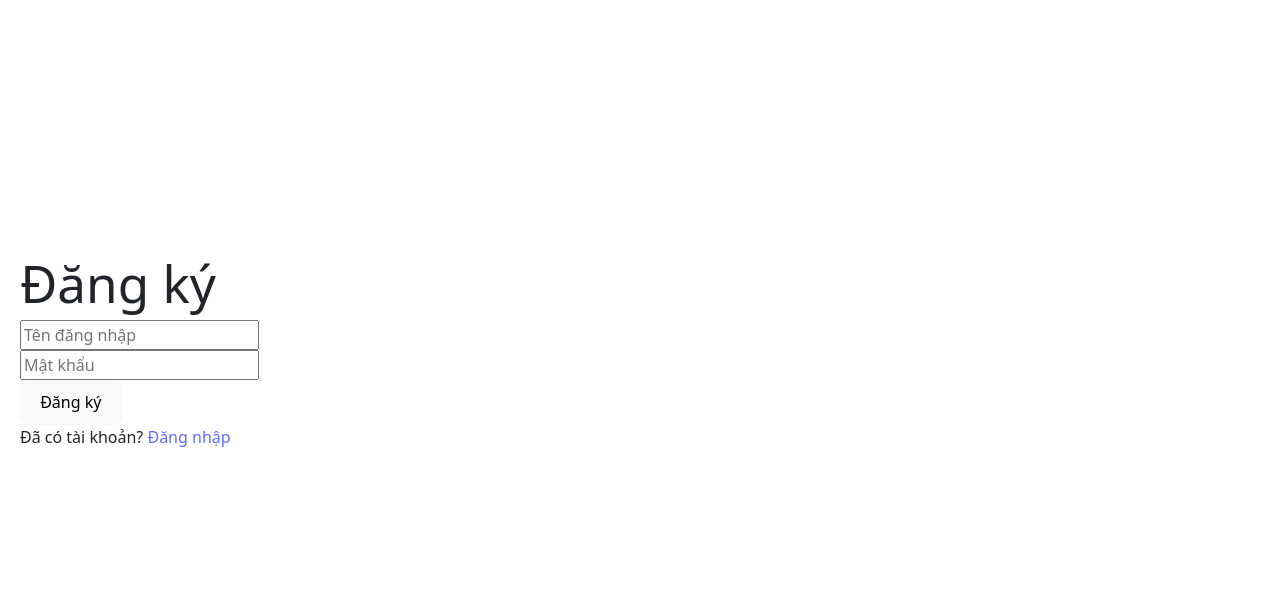
Repository: Thangvh29/WEB-tmdt
Page: /register (app in frontend/)
The author's editor kept a copy of each file at every save. The page is drawn from the files as they stood at one save, then again after the next save.
The browser window is 1280 px wide. The pictures show the whole page.
The project was rebuilt for these pictures with package versions that can differ from the ones it lists, and the page was loaded fresh each time. Also part of the build but not shown: frontend/vite.config.js, frontend/src/pages/auth/Home.jsx, frontend/src/pages/auth/Login.jsx.

Above is the page before, as saved 2025-08-23 20:02:16.

After the next save:
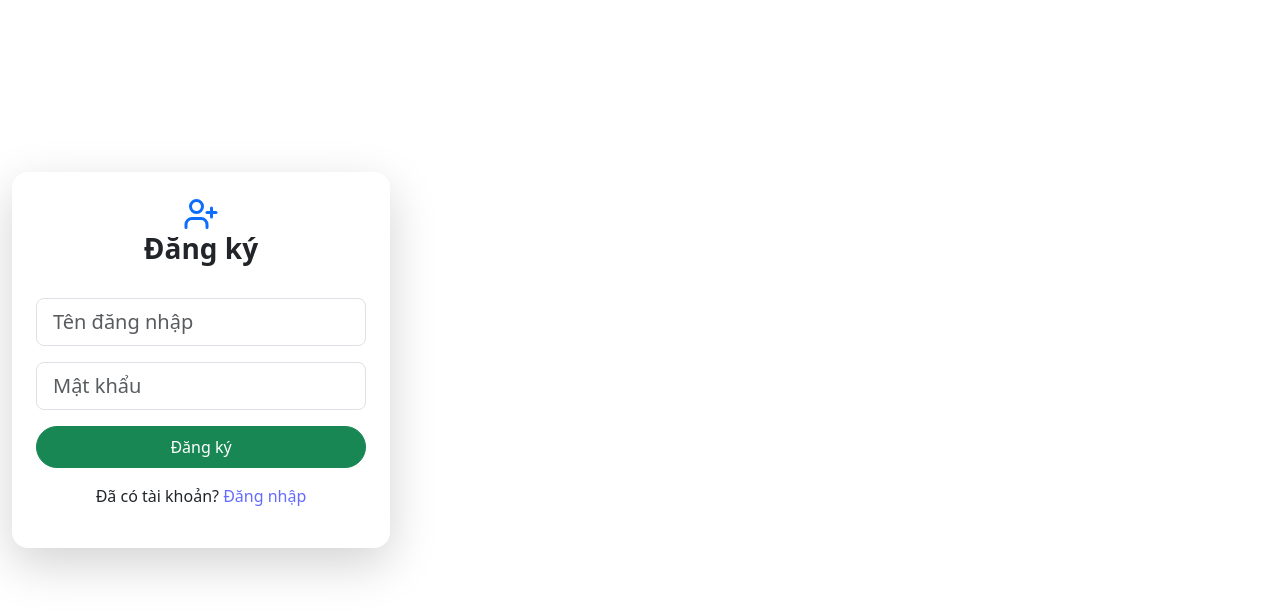
Saved 11 s later.
--- a/frontend/src/pages/auth/Register.jsx
+++ b/frontend/src/pages/auth/Register.jsx
@@ -1,6 +1,7 @@
 import React, { useState } from "react";
 import { useNavigate, Link } from "react-router-dom";
 import { useAuth } from "../../context/useAuth";
+import { UserPlus } from "lucide-react";
 
 const Register = () => {
   const { login } = useAuth();
@@ -9,36 +10,46 @@
 
   const handleSubmit = (e) => {
     e.preventDefault();
-    // giả lập đăng ký -> đăng nhập luôn
     login({ username: form.username, role: "user" });
-    navigate("/"); // quay lại Home
+    navigate("/");
   };
 
   return (
-    <div style={{ padding: "20px" }}>
-      <h1>Đăng ký</h1>
-      <form onSubmit={handleSubmit}>
-        <input
-          type="text"
-          placeholder="Tên đăng nhập"
-          value={form.username}
-          onChange={(e) => setForm({ ...form, username: e.target.value })}
-          required
-        />
-        <br />
-        <input
-          type="password"
-          placeholder="Mật khẩu"
-          value={form.password}
-          onChange={(e) => setForm({ ...form, password: e.target.value })}
-          required
-        />
-        <br />
-        <button type="submit">Đăng ký</button>
-      </form>
-      <p>
-        Đã có tài khoản? <Link to="/login">Đăng nhập</Link>
-      </p>
+    <div className="container py-5">
+      <div className="card shadow-lg p-4 mx-auto border-0 rounded-4" style={{ maxWidth: "420px" }}>
+        <div className="text-center mb-4">
+          <UserPlus size={36} className="text-primary" />
+          <h3 className="fw-bold">Đăng ký</h3>
+        </div>
+        <form onSubmit={handleSubmit}>
+          <div className="mb-3">
+            <input
+              type="text"
+              className="form-control form-control-lg rounded-3"
+              placeholder="Tên đăng nhập"
+              value={form.username}
+              onChange={(e) => setForm({ ...form, username: e.target.value })}
+              required
+            />
+          </div>
+          <div className="mb-3">
+            <input
+              type="password"
+              className="form-control form-control-lg rounded-3"
+              placeholder="Mật khẩu"
+              value={form.password}
+              onChange={(e) => setForm({ ...form, password: e.target.value })}
+              required
+            />
+          </div>
+          <button type="submit" className="btn btn-success w-100 rounded-pill py-2">
+            Đăng ký
+          </button>
+        </form>
+        <p className="text-center mt-3">
+          Đã có tài khoản? <Link to="/login">Đăng nhập</Link>
+        </p>
+      </div>
     </div>
   );
 };
